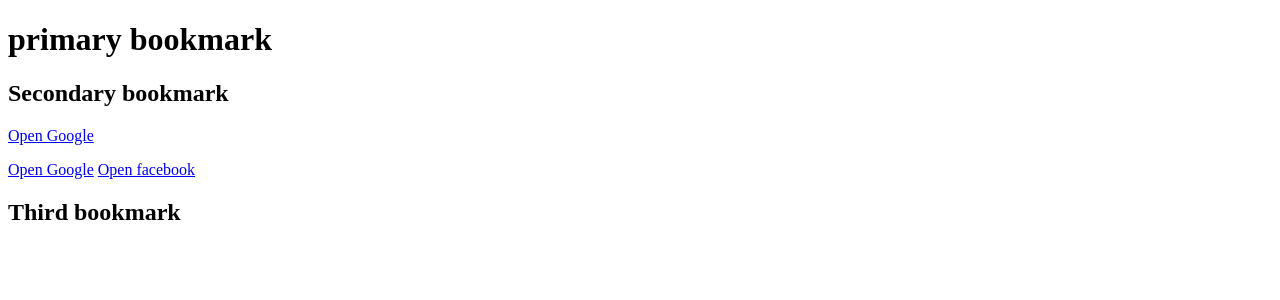
Repository: Mohan2347/Project-2
Page: 3.html
An editor plug-in stored every save of this project. The page is shown before and after a run of saves, followed by the edit.
The browser window is 1280 px wide. The pictures show the whole page.

Above is the page before, as saved 2024-11-02 23:08:19.

After the next 2 saves:
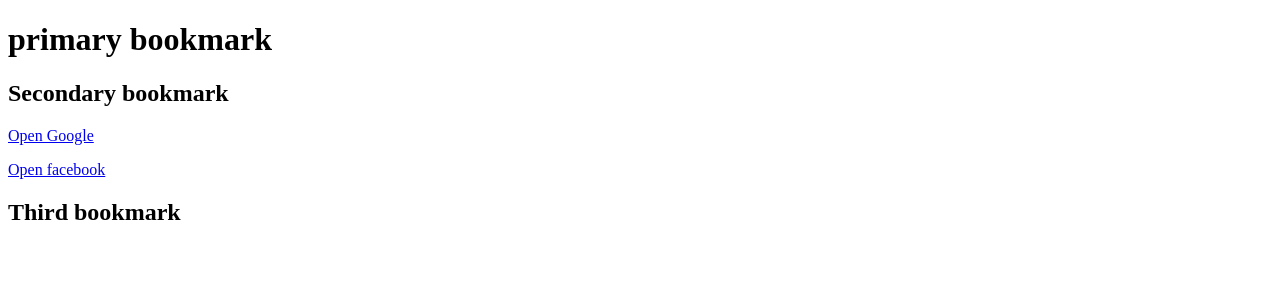
The 2 saves are shown as one change because they came seconds apart.
The last was saved 7 s later.
--- a/3.html
+++ b/3.html
@@ -9,7 +9,6 @@
     <h1>primary bookmark</h1>
     <h2>Secondary bookmark</h2>
     <p><a target="_blank" href="https://www.google.com">Open Google</a></p>
-    <a target="_blank" href="https://www.google.com">Open Google</a>
     <a target = "_blank" href="https://facebook.com">Open facebook</a>
     <h2>Third bookmark</h2>
 </body>
